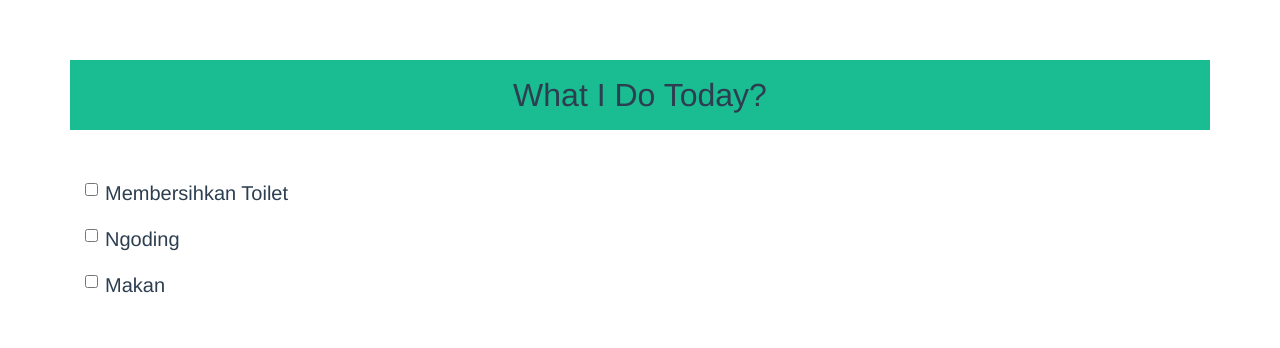
Repository: AdiPrimanto/praxis-academy
Page: / (app in novice/03-05/todolist/)
These files come from the project's save history. The page is drawn as it stood at one moment and after the next save; the edit follows.
The browser window is 1280 px wide. The pictures show the whole page.
The project was rebuilt for these pictures with package versions that can differ from the ones it lists, and the page was loaded fresh each time.

Above is the page before, as saved 2019-11-29 14:52:18.

### novice/03-05/todolist/src/App.vue
<template>
  <div id="app">
    <div class="container">
      <div class="row header mb-5 p-3">
        <div class="col-12">
          <h2>What I Do Today? </h2>
        </div>
      </div>
      <div class="row content">
        <div class="col-12">
          <div class="pekerjaan-rumah">
            <div class="row">
              <div v-for="tugasSaya in tugas" v-bind:key="tugasSaya.id" class="mb-3 tugas col-lg-12 text-left">
                <div class="form-check">
                  <input class="form-check-input" type="checkbox" value="" id="defaultCheck1">
                  <label class="form-check-label item" for="defaultCheck1">
                    {{tugasSaya.nama}}
                  </label>
                </div>
              </div>
            </div>
          </div>
        </div>
      </div>
    </div>


  </div>
</template>

<script>
  import 'bootstrap/dist/css/bootstrap.css'

  export default {
    name: 'app',
    //membuat data json
    //v-for dilakukan jk memiliki array di dalam data:
    data: function () {
      return {
        tugas: [{
            id: 1,
            nama: 'Membersihkan Toilet',
            isDone: false
          },
          {
            id: 2,
            nama: 'Ngoding',
            isDone: false
          },
          {
            id: 3,
            nama: 'Makan',
            isDone: false
          }
        ]
      };
    },
    components: {

    }
  }
</script>

<style>
  #app {
    font-family: 'Avenir', Helvetica, Arial, sans-serif;
    -webkit-font-smoothing: antialiased;
    -moz-osx-font-smoothing: grayscale;
    text-align: center;
    color: #2c3e50;
    margin-top: 60px;
  }

  .header {
    background: #1abc91;
  }

  .header h2 {
    margin: 0;
  }
  .tugas .item{
    font-size: 20px;
  }
</style>

Loaded but not shown: novice/03-05/todolist/public/index.html (common file); novice/03-05/todolist/src/main.js (common file)

After the next save:
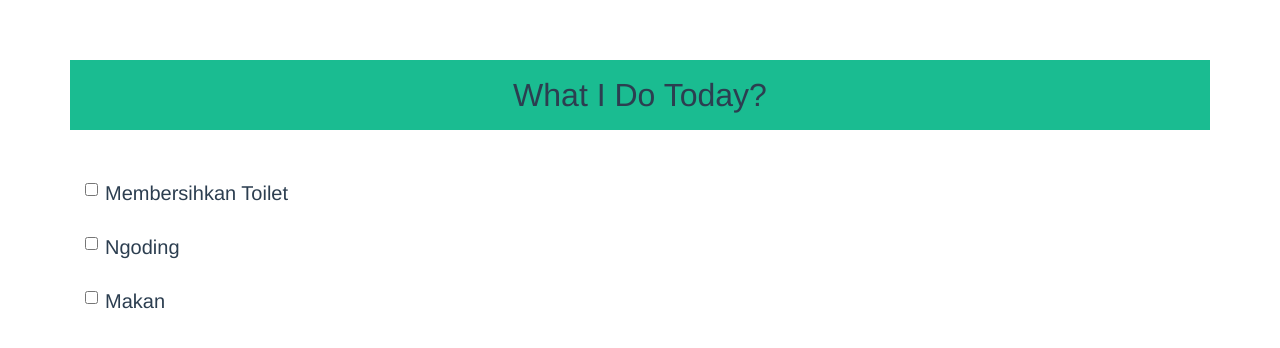
Saved 33 s later.
--- a/novice/03-05/todolist/src/App.vue
+++ b/novice/03-05/todolist/src/App.vue
@@ -10,7 +10,7 @@
         <div class="col-12">
           <div class="pekerjaan-rumah">
             <div class="row">
-              <div v-for="tugasSaya in tugas" v-bind:key="tugasSaya.id" class="mb-3 tugas col-lg-12 text-left">
+              <div v-for="tugasSaya in tugas" v-bind:key="tugasSaya.id" class="mb-4 tugas col-lg-12 text-left">
                 <div class="form-check">
                   <input class="form-check-input" type="checkbox" value="" id="defaultCheck1">
                   <label class="form-check-label item" for="defaultCheck1">
